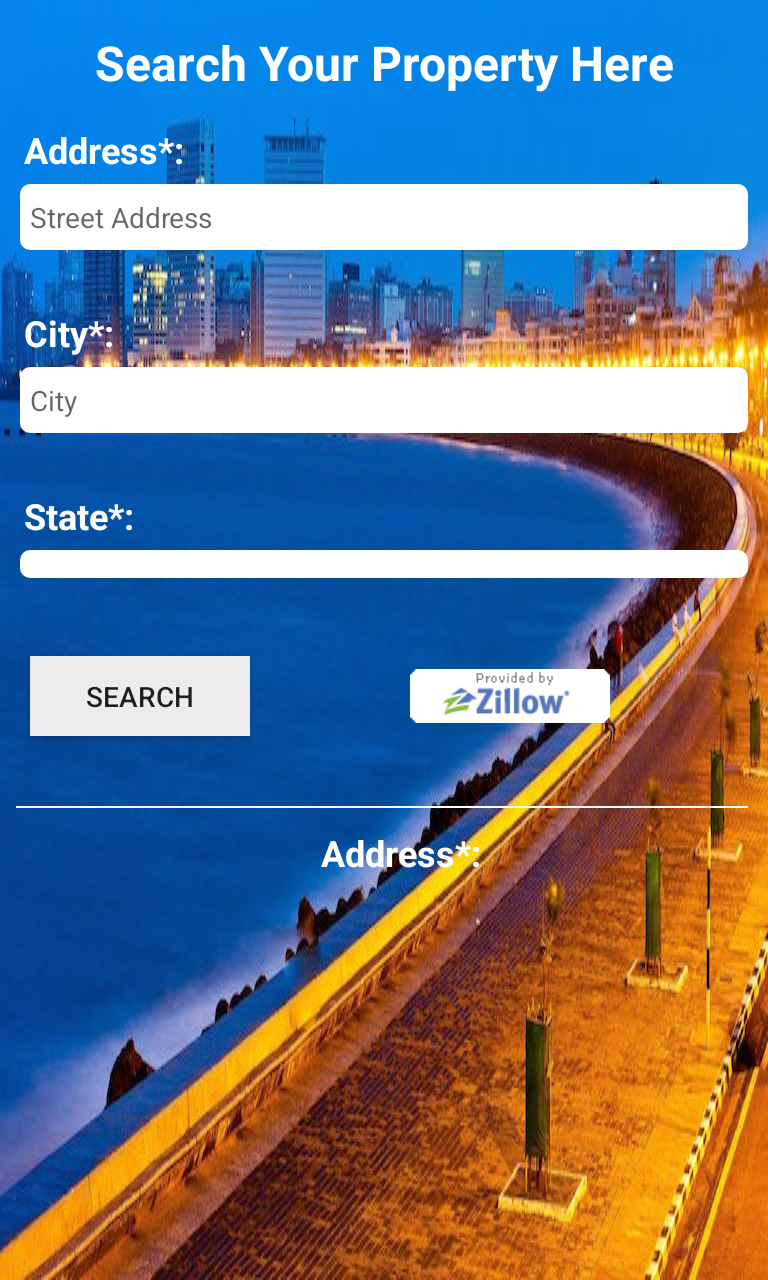
Repository: Warun26/PropertySearch
Layout: PropertySearch/res/layout/activity_main.xml
An editor plug-in stored every save of this project. The layout is shown before and after the next save, followed by the edit.
It is drawn on a 768 x 1280 px phone screen (xhdpi) without system bars, with theme AppTheme; the app's code is not run. The app's manifest (not shown) leaves right-to-left support off. So textAlignment, textDirection and layoutDirection are ignored, and left and right values win over start and end ones.

Above is the layout before, as saved 2014-11-24 17:39:54.

After the next save:
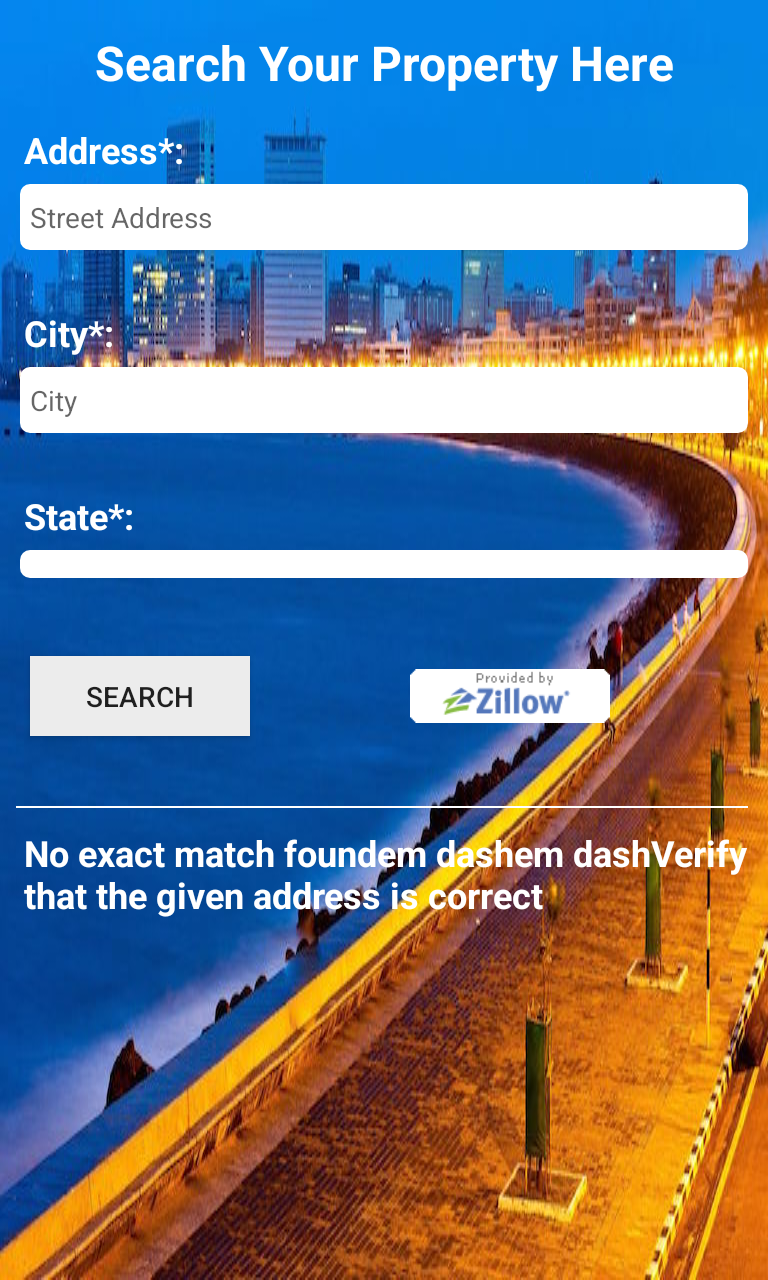
Saved 2 min 20 s later.
--- a/PropertySearch/res/layout/activity_main.xml
+++ b/PropertySearch/res/layout/activity_main.xml
@@ -194,14 +194,13 @@
     <TextView
             android:id="@+id/NoResults"
             android:layout_gravity="center"
-            android:gravity="center"
-            android:layout_marginTop="10dp"
-            android:layout_marginBottom="5dp"
-            android:layout_marginStart="8dp"
-            android:layout_marginLeft="8dp"
-            android:layout_width="fill_parent"
-            android:layout_height="wrap_content"
-            android:text="@string/address"
+            android:layout_marginTop="10dp"
+            android:layout_marginBottom="5dp"
+            android:layout_marginStart="8dp"
+            android:layout_marginLeft="8dp"
+            android:layout_width="fill_parent"
+            android:layout_height="wrap_content"
+            android:text="@string/no_result"
             android:textStyle="bold"
             android:textColor="#fff"
             android:textSize="18sp" />
